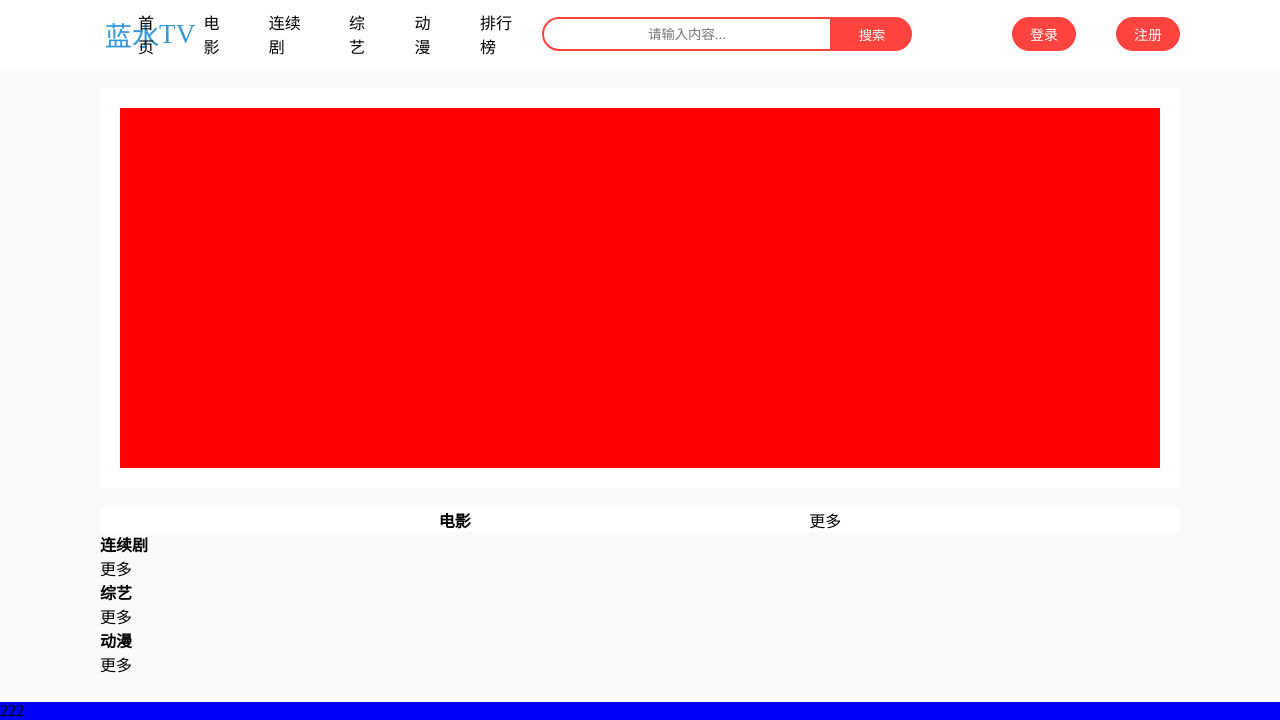
Repository: 842992406/blueWaterTV
Page: index.html
These files come from the project's save history. The page is drawn as it stood at one moment and after the next save; the edit follows.
The browser window is 1280 px wide. The pictures show the whole page.

Above is the page before, as saved 2022-05-05 16:56:29.

After the next save:
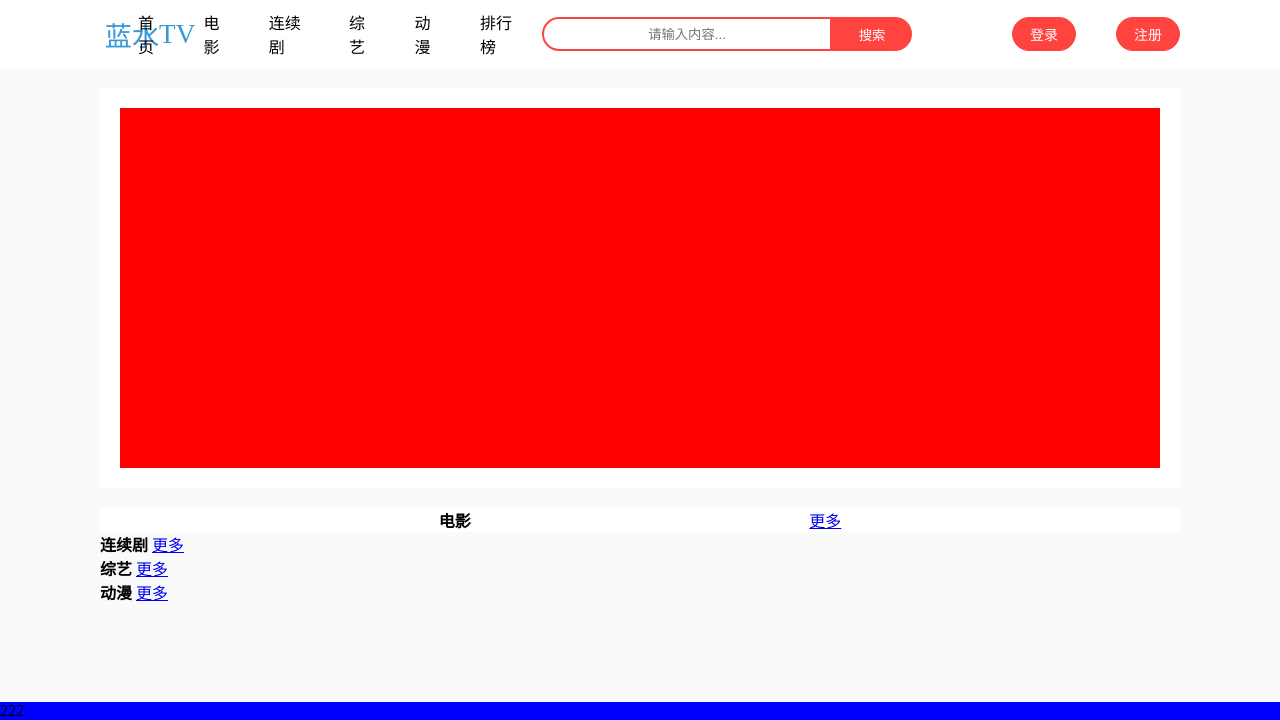
Saved 4 min 58 s later.
--- a/index.html
+++ b/index.html
@@ -49,19 +49,19 @@
       <div class="map"></div>
       <div class="movie">
         <strong>电影</strong>
-        <p>更多</p>
+        <a href="#">更多</a>
       </div>
       <div class="sitcom">
         <strong>连续剧</strong>
-        <p>更多</p>
+        <a href="#">更多</a>
       </div>
       <div class="variety">
         <strong>综艺</strong>
-        <p>更多</p>
+        <a href="#">更多</a>
       </div>
       <div class="comic">
         <strong>动漫</strong>
-        <p>更多</p>
+        <a href="#">更多</a>
       </div>
     </div>
   </main>
